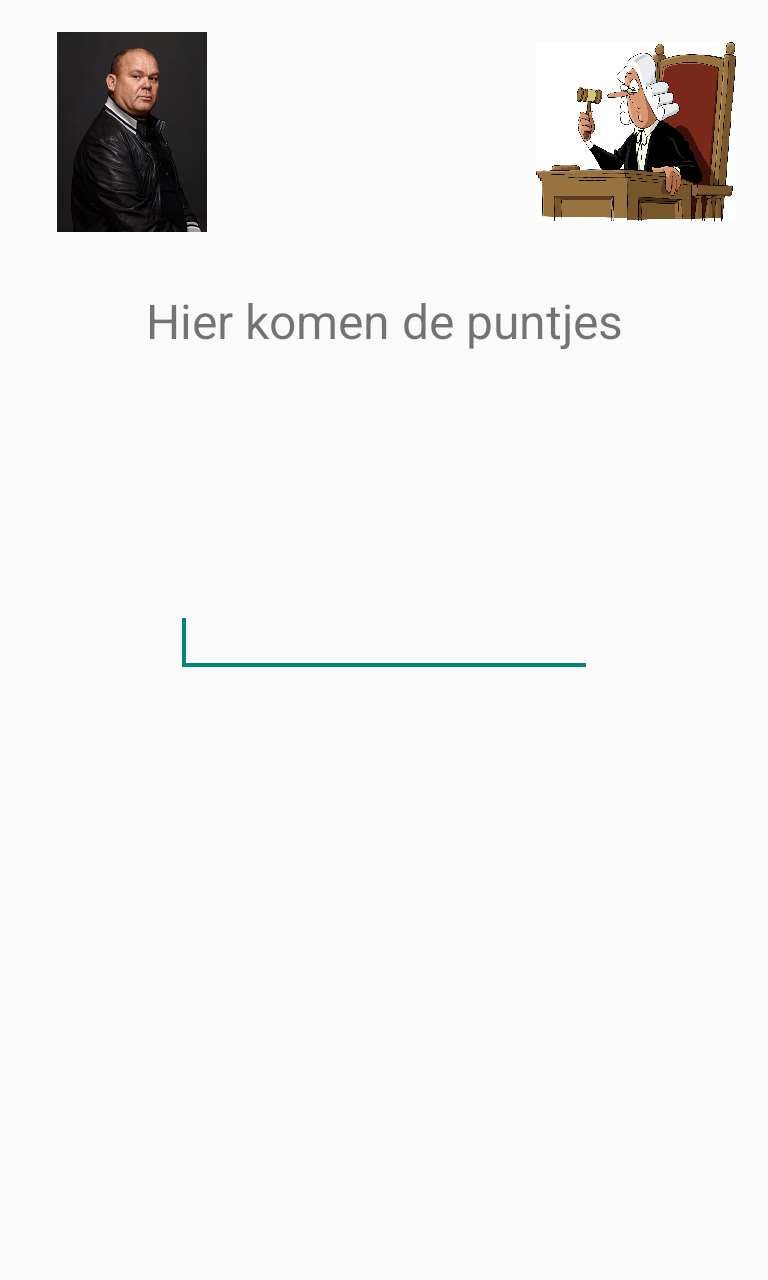
Repository: Sjaakja/hangman_app_studio
Layout: workspace/Hangman-TimeToSaveYourFriends/res/layout/activity_play.xml
An editor plug-in stored every save of this project. The layout is shown before and after the next save, followed by the edit.
It is drawn on a 768 x 1280 px phone screen (xhdpi) without system bars, with theme AppTheme; the app's code is not run.

Above is the layout before, as saved 2014-06-14 14:23:43.

After the next save:
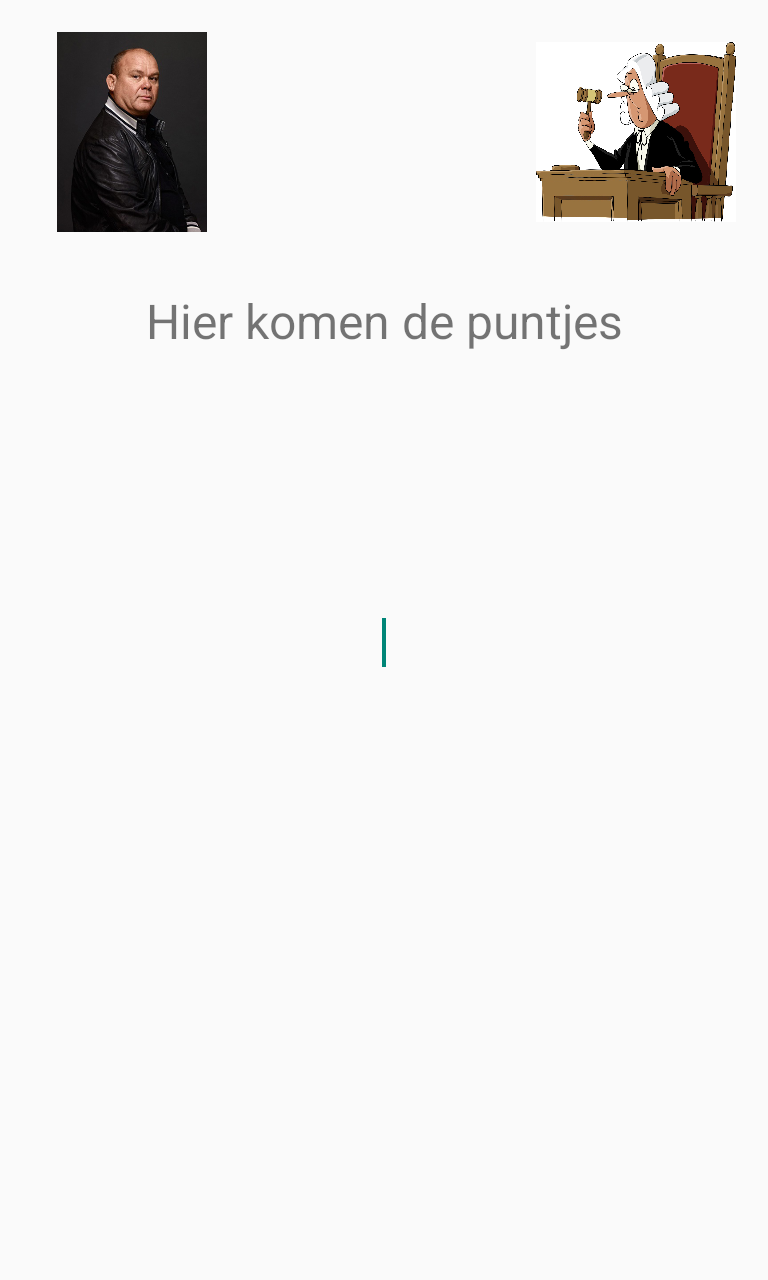
Saved 118 s later.
--- a/workspace/Hangman-TimeToSaveYourFriends/res/layout/activity_play.xml
+++ b/workspace/Hangman-TimeToSaveYourFriends/res/layout/activity_play.xml
@@ -46,7 +46,7 @@
 
     <EditText
         android:id="@+id/editText1"
-        android:layout_width="wrap_content"
+        android:layout_width="10dp"
         android:layout_height="wrap_content"
         android:layout_centerHorizontal="true"
         android:layout_centerVertical="true"
